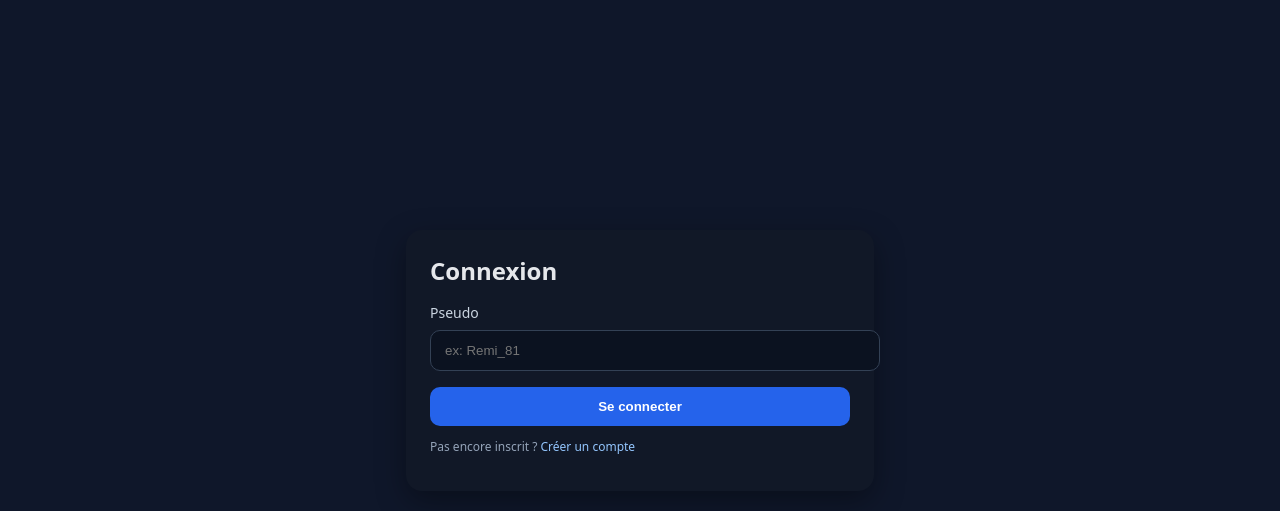
Repository: remi77130/loi-direct
Page: http://localhost/loi/login.php
These files come from the project's save history. The page is drawn as it stood at one moment and after the next save; the edit follows.
The browser window is 1280 px wide. The pictures show the whole page.
The page is run by PHP 8.4 with error messages shown; the project is at /var/www/html/.

Above is the page before, as saved 2025-09-23 13:41:59.

After the next save:
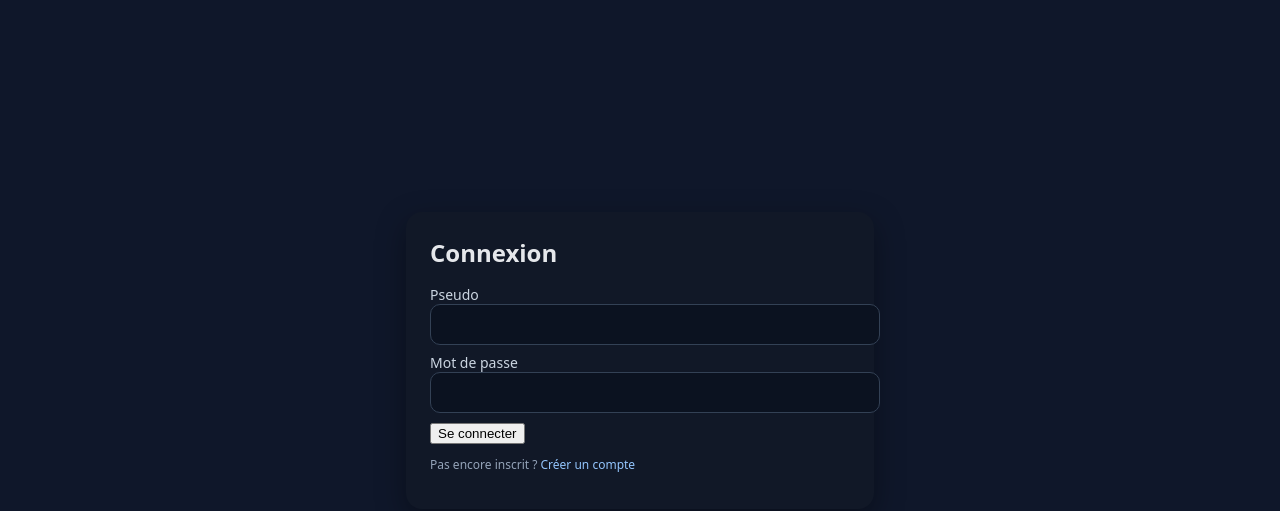
Saved 34 s later.
--- a/login.php
+++ b/login.php
@@ -84,10 +84,11 @@
 <div class="card">
   <h1>Connexion</h1>
   <?php if ($errors): ?><div class="errors"><?php foreach ($errors as $e) echo '<div>'.htmlspecialchars($e,ENT_QUOTES).'</div>';?></div><?php endif; ?>
-  <form method="post">
-    <label for="pseudo">Pseudo</label>
-    <input id="pseudo" name="pseudo" required minlength="3" maxlength="20" pattern="[A-Za-z0-9_]{3,20}" placeholder="ex: Remi_81">
-    <button class="btn" type="submit">Se connecter</button>
+    <form method="post" autocomplete="off">
+    <input type="hidden" name="csrf" value="<?= htmlspecialchars($_SESSION['csrf'],ENT_QUOTES) ?>">
+    <label>Pseudo <input type="text" name="pseudo" required></label>
+    <label>Mot de passe <input type="password" name="password" required></label>
+    <button type="submit" <?= $blocked ? 'disabled' : '' ?>>Se connecter</button>
   </form>
   <p style="margin-top:12px;font-size:12px;color:#94a3b8">Pas encore inscrit ? <a href="register.php">Créer un compte</a></p>
 </div>

After the save that followed:
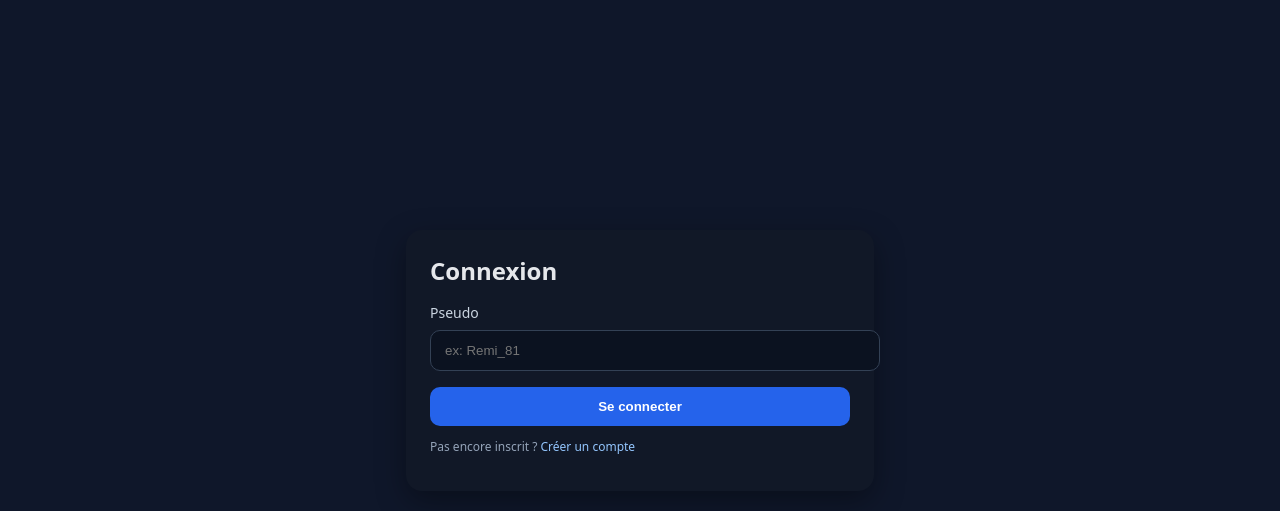
Saved 7 min 2 s later.
--- a/login.php
+++ b/login.php
@@ -4,64 +4,34 @@
 session_start();
 require __DIR__ . '/db.php';
 
-if (empty($_SESSION['csrf'])) {
-    $_SESSION['csrf'] = bin2hex(random_bytes(16));
-}
-
 $errors = [];
-$blocked = false;
-
-// simple rate-limit (session-based)
-$fail_count = $_SESSION['login_fail_count'] ?? 0;
-$fail_until = $_SESSION['login_fail_until'] ?? 0;
-if ($fail_until > time()) {
-    $blocked = true;
-    $errors[] = 'Trop d\'échecs. Réessaie plus tard.';
-}
-
-if ($_SERVER['REQUEST_METHOD'] === 'POST' && !$blocked) {
-    $csrf = $_POST['csrf'] ?? '';
-    if (!hash_equals($_SESSION['csrf'] ?? '', $csrf)) {
-        $errors[] = "Session expirée. Recharge la page.";
+if ($_SERVER['REQUEST_METHOD'] === 'POST') {
+    $pseudo = trim($_POST['pseudo'] ?? '');
+    if (!preg_match('/^[A-Za-z0-9_]{3,20}$/', $pseudo)) {
+        $errors[] = "Format pseudo invalide.";
     } else {
-        $pseudo = trim((string)($_POST['pseudo'] ?? ''));
-        $password = (string)($_POST['password'] ?? '');
-
-        if ($pseudo === '' || $password === '') {
-            $errors[] = 'Identifiants manquants.';
+        $stmt = $mysqli->prepare('SELECT id, pseudo FROM users WHERE pseudo = ? LIMIT 1');
+        $stmt->bind_param('s', $pseudo);
+        $stmt->execute();
+        $stmt->bind_result($uid, $pp);
+        if ($stmt->fetch()) {
+            // session persistante 14 jours (cookie PHPSESSID)
+            // côté php.ini: session.cookie_lifetime=1209600 ou ci-dessous:
+            if (session_status() === PHP_SESSION_ACTIVE) {
+                // Regénère l’ID pour éviter fixation
+                session_regenerate_id(true);
+            }
+            $_SESSION['user_id'] = (int)$uid;
+            $_SESSION['pseudo']  = $pp;
+            $next = $_GET['next'] ?? '/loi/index.php';
+            header('Location: ' . $next);
+            exit;
         } else {
-            $stmt = $mysqli->prepare('SELECT id, password_hash FROM users WHERE pseudo = ? LIMIT 1');
-            $stmt->bind_param('s', $pseudo);
-            $stmt->execute();
-            $res = $stmt->get_result();
-            $row = $res->fetch_assoc();
-            $stmt->close();
-
-            if ($row && is_string($row['password_hash']) && password_verify($password, $row['password_hash'])) {
-                // success
-                session_regenerate_id(true);
-                $_SESSION['user_id'] = (int)$row['id'];
-                $_SESSION['pseudo'] = $pseudo;
-                // reset fail counters
-                unset($_SESSION['login_fail_count'], $_SESSION['login_fail_until']);
-                header('Location: ' . rtrim(APP_BASE, '/') . '/index.php', true, 303);
-                exit;
-            } else {
-                // generic error
-                $errors[] = 'Pseudo ou mot de passe invalide.';
-
-                // increment fail counter
-                $fail_count++;
-                $_SESSION['login_fail_count'] = $fail_count;
-                if ($fail_count >= 5) {
-                    // block 15 minutes
-                    $_SESSION['login_fail_until'] = time() + 15*60;
-                }
-            }
+            $errors[] = "Pseudo introuvable.";
         }
+        $stmt->close();
     }
 }
-
 ?>
 <!doctype html>
 <html lang="fr">
@@ -84,11 +54,10 @@
 <div class="card">
   <h1>Connexion</h1>
   <?php if ($errors): ?><div class="errors"><?php foreach ($errors as $e) echo '<div>'.htmlspecialchars($e,ENT_QUOTES).'</div>';?></div><?php endif; ?>
-    <form method="post" autocomplete="off">
-    <input type="hidden" name="csrf" value="<?= htmlspecialchars($_SESSION['csrf'],ENT_QUOTES) ?>">
-    <label>Pseudo <input type="text" name="pseudo" required></label>
-    <label>Mot de passe <input type="password" name="password" required></label>
-    <button type="submit" <?= $blocked ? 'disabled' : '' ?>>Se connecter</button>
+  <form method="post">
+    <label for="pseudo">Pseudo</label>
+    <input id="pseudo" name="pseudo" required minlength="3" maxlength="20" pattern="[A-Za-z0-9_]{3,20}" placeholder="ex: Remi_81">
+    <button class="btn" type="submit">Se connecter</button>
   </form>
   <p style="margin-top:12px;font-size:12px;color:#94a3b8">Pas encore inscrit ? <a href="register.php">Créer un compte</a></p>
 </div>
